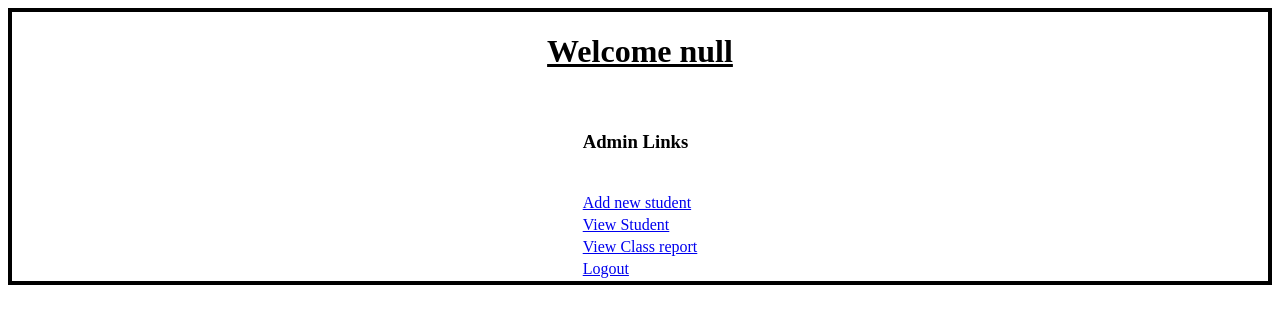
Repository: priyankagit8692/Phase_2_SimpliLearn-
Page: http://localhost/LearnerAcademyProject/MainHomePage.jsp
These files come from the project's save history. The page is drawn as it stood at one moment and after the next save; the edit follows.
The browser window is 1280 px wide. The pictures show the whole page.
The page is served by Tomcat 9.

Above is the page before, as saved 2021-03-17 17:47:01.

After the next save:
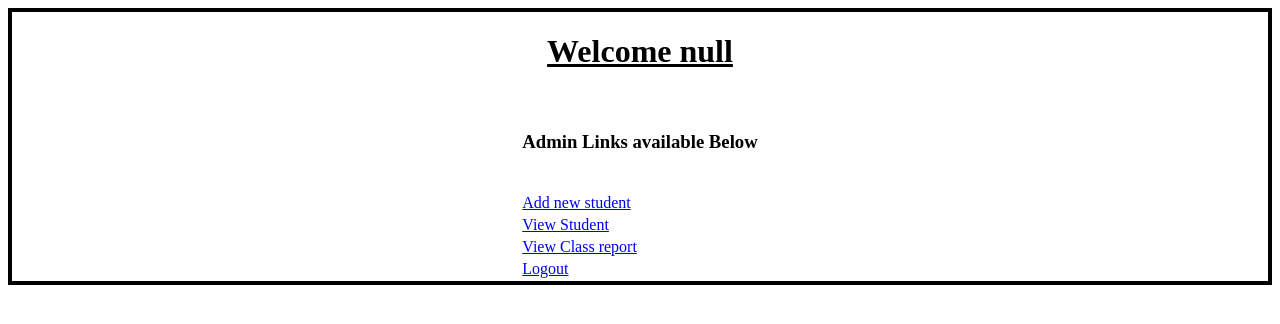
Saved 9 s later.
--- a/FinalProjectPhase2/LearnerAcademyProject/WebContent/MainHomePage.jsp
+++ b/FinalProjectPhase2/LearnerAcademyProject/WebContent/MainHomePage.jsp
@@ -11,7 +11,7 @@
     <br><br>
     <table>
         <tr>
-            <td><h3>Admin Links</h3><br></td>
+            <td><h3>Admin Links available Below</h3><br></td>
         </tr>
         <tr>
             <td><a href="addStudent">Add new student</a></td>
